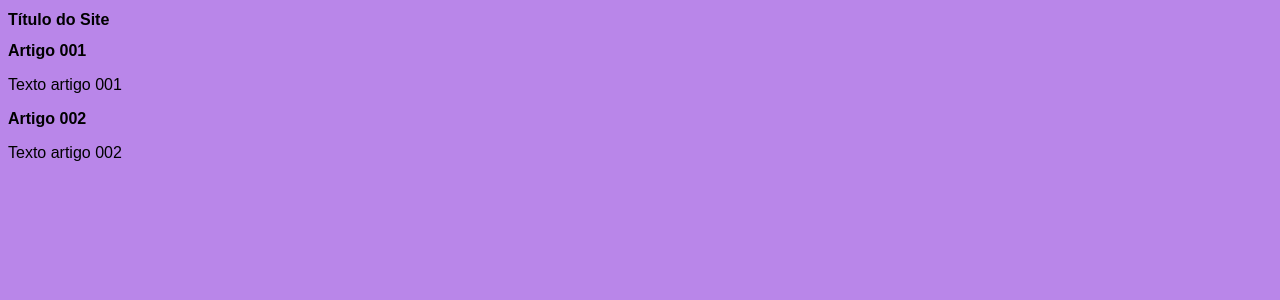
Repository: hbrunobrito/projeto-site
Page: index.html
The author's editor kept a copy of each file at every save. The page is drawn from the files as they stood at one save, then again after a run of saves.
The browser window is 1280 px wide. The pictures show the whole page.

Above is the page before, as saved 2024-03-29 09:08:05.

### index.html
<!DOCTYPE html>
<html lang="pt-br">
<head>
    <meta charset="UTF-8">
    <meta name="viewport" content="width=device-width, initial-scale=1.0">
    <title>Título do Site</title>
    <link rel="stylesheet" href="estilos/style.css">
</head>
<body>
    <main>
        <header>
            <h1>Título do Site</h1>
        </header>
        <article>
            <h2>Artigo 001</h2>
            <p>Texto artigo 001</p>
        </article>
        <article>
            <h2>Artigo 002</h2>
            <p>Texto artigo 002</p>
        </article>
    </main>
</body>
</html>

### estilos/style.css
* {
    font-family: Arial, Helvetica, sans-serif;
    font-size: 16px;
}

body {
    background-color: rgb(185, 134, 233);

}

main {
    background-color: ;
}

After the next 7 saves:
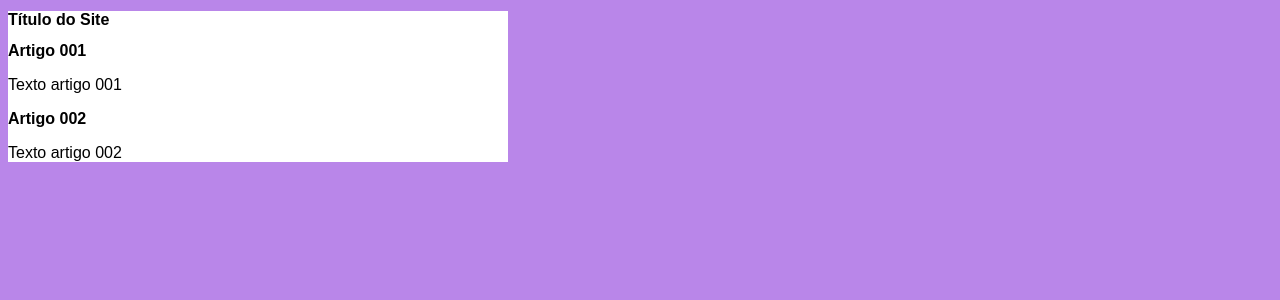
The 7 saves are shown as one change because they came seconds apart.
The last was saved 32 s later.
--- a/estilos/style.css
+++ b/estilos/style.css
@@ -9,5 +9,6 @@ body {
 }
 
 main {
-    background-color: ;
+    background-color: white;
+    width: 500px;
 }
